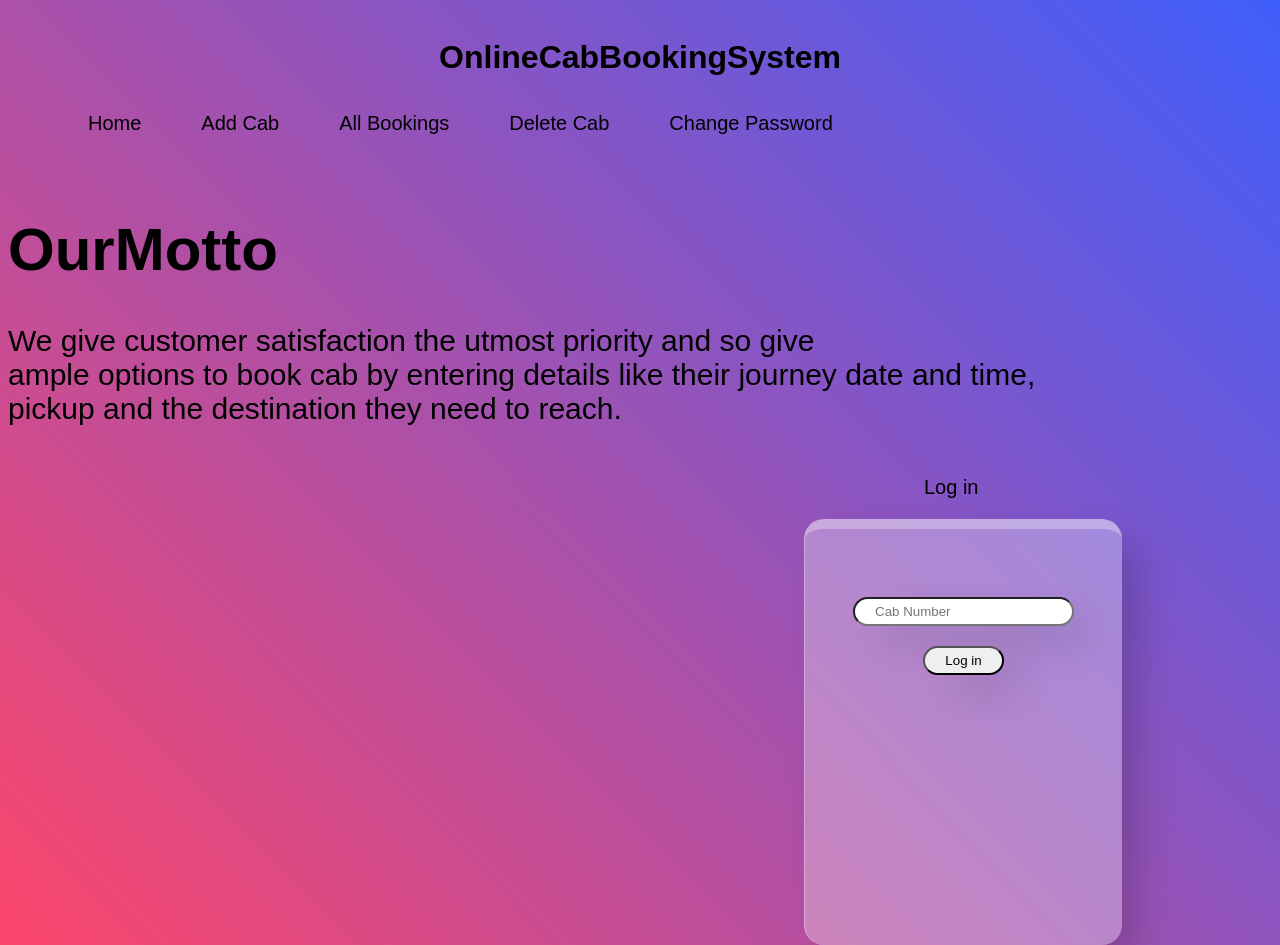
Repository: venkateshpillala/OnlineCabBookingSystem
Page: BookCab/src/main/webapp/changePassword.html
The author's editor kept a copy of each file at every save. The page is drawn from the files as they stood at one save, then again after the next save.
The browser window is 1280 px wide. The pictures show the whole page.

Above is the page before, as saved 2024-06-07 17:18:58.

After the next save:
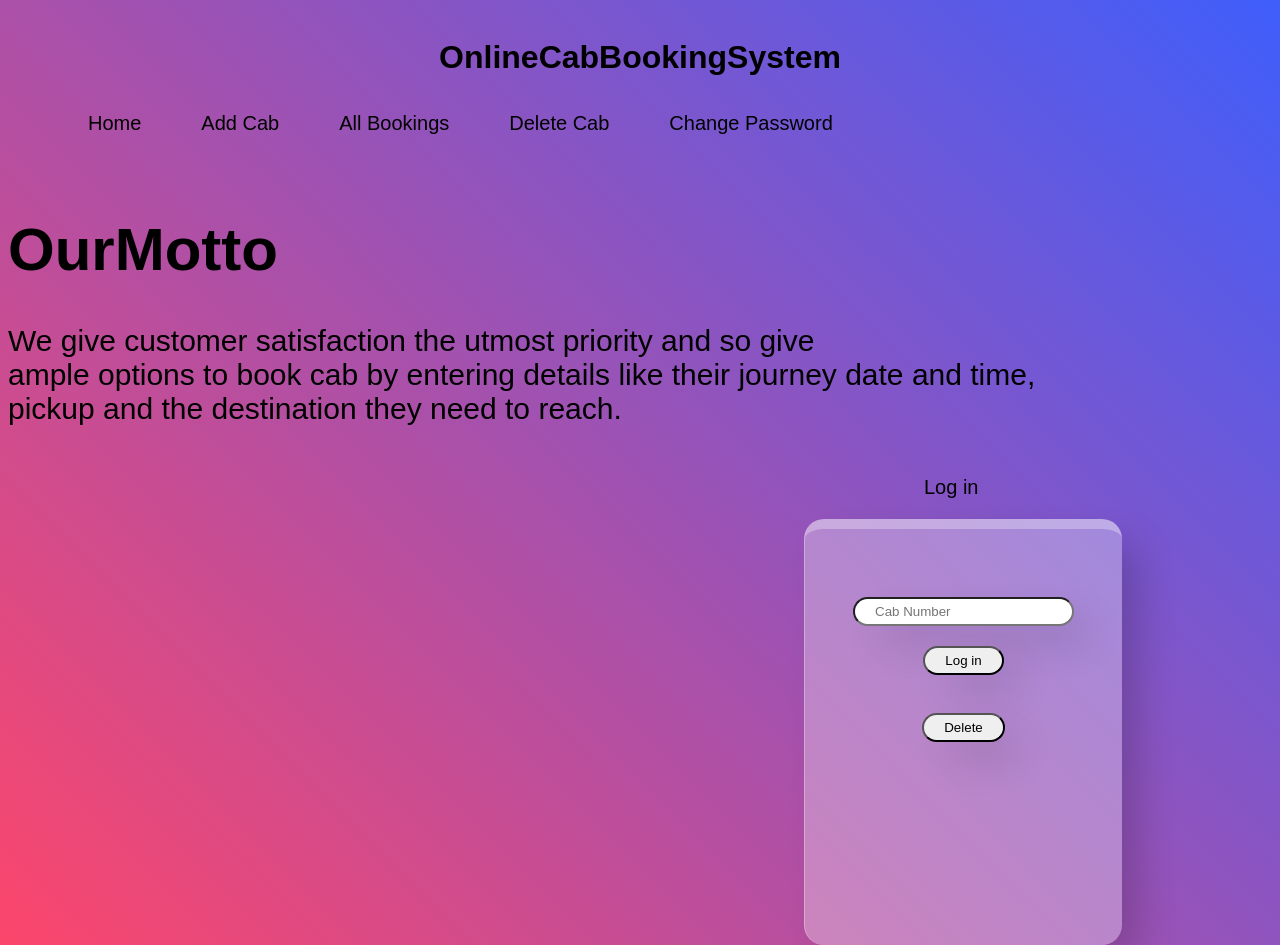
Saved 38 s later.
--- a/BookCab/src/main/webapp/changePassword.html
+++ b/BookCab/src/main/webapp/changePassword.html
@@ -111,6 +111,7 @@
 	<p class = "para">Log in</p>
 		<form method = "post" action = "./deletecab">
 			<input type = "text" name = "cabNumber" placeholder = "Cab Number"/><br>			<input class = "over" type = "submit" value = "Log in"/><br><br>
+			<input class = "over" type = "submit" value = "Delete"/><br><br>
 		</form>
 	</div>
 </div>
